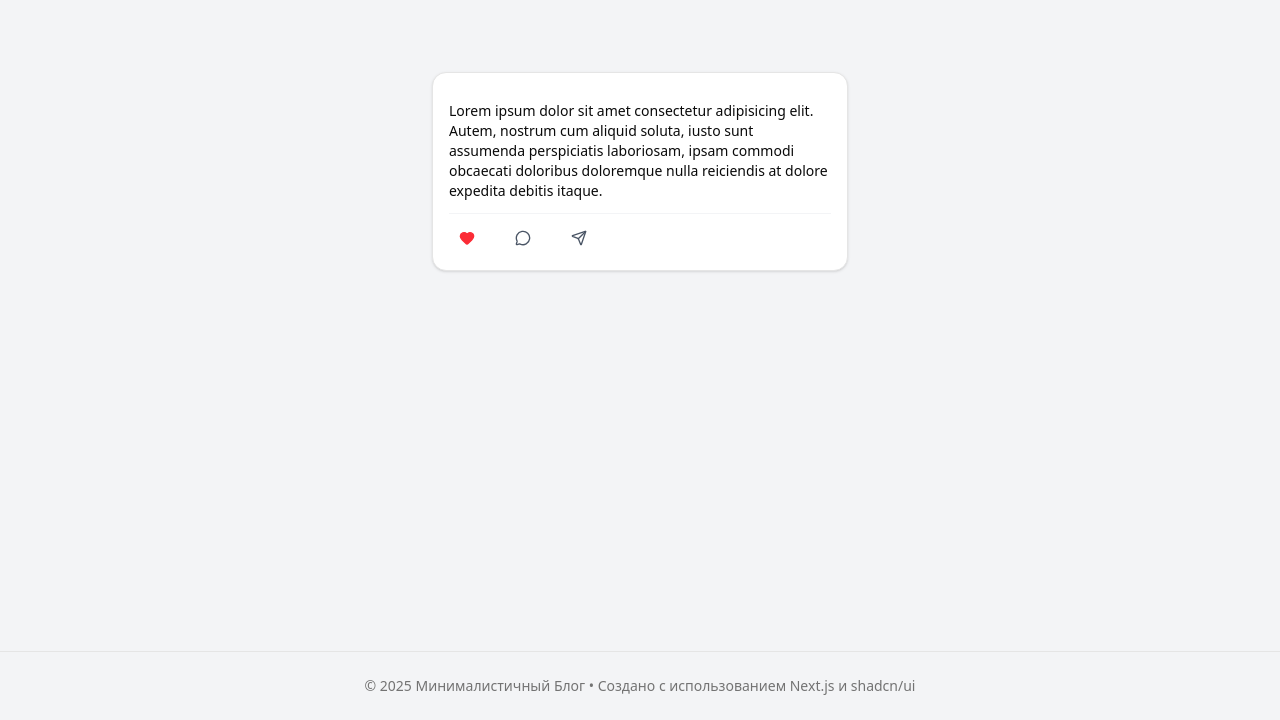
Repository: maxempolk/Telegram-channel
Page: /
The author's editor kept a copy of each file at every save. The page is drawn from the files as they stood at one save, then again after the next save.
The browser window is 1280 px wide. The pictures show the whole page.
The project was rebuilt for these pictures with package versions that can differ from the ones it lists, and the page was loaded fresh each time. The framework's server and built-in components were replaced by stand-ins that run in the browser. Also part of the build but not shown: next.config.ts.

Above is the page before, as saved 2025-03-09 01:34:35.

### src/app/layout.tsx
import type { Metadata } from 'next';
import { Geist, Geist_Mono } from 'next/font/google';
import '@/app/globals.css';
import Header from '@/components/header/Header';
import Footer from '@/components/footer/Footer';

const geistSans = Geist({
  variable: '--font-geist-sans',
  subsets: ['latin'],
});

const geistMono = Geist_Mono({
  variable: '--font-geist-mono',
  subsets: ['latin'],
});

export const metadata: Metadata = {
  title: 'Create Next App',
  description: 'Generated by create next app',
};

export default function RootLayout({
  children,
}: Readonly<{
  children: React.ReactNode;
}>) {
  return (
    <html lang="en">
      <body className={`${geistSans.variable} ${geistMono.variable} antialiased`}>
        <div className="flex flex-col w-full h-screen overflow-x-hidden">
          <Header />
          <main className="container mx-auto py-6 grow">{children}</main>
          <Footer />
        </div>
      </body>
    </html>
  );
}

### src/app/page.tsx
import Post from '@/components/post/Post';

export default function Home() {
  const fake_post = {
    id: 1,
    title: 'post1',
    content:
      'Lorem ipsum dolor sit amet consectetur adipisicing elit. Autem, nostrum cum aliquid soluta, iusto sunt assumenda perspiciatis laboriosam, ipsam commodi obcaecati doloribus doloremque nulla reiciendis at dolore expedita debitis itaque.',
    createdAt: new Date(),
    updatedAt: new Date(),
    imagesUrl: ['afsfasafs'],
    tags: [] as string[],
  };
  return (
    <>
      <Post post={fake_post} />
    </>
  );
}

### src/app/globals.css
@import 'tailwindcss';

@plugin "tailwindcss-animate";

@custom-variant dark (&:is(.dark *));

@theme inline {
  --color-background: var(--background);
  --color-foreground: var(--foreground);
  --font-sans: var(--font-geist-sans);
  --font-mono: var(--font-geist-mono);
  --color-sidebar-ring: var(--sidebar-ring);
  --color-sidebar-border: var(--sidebar-border);
  --color-sidebar-accent-foreground: var(--sidebar-accent-foreground);
  --color-sidebar-accent: var(--sidebar-accent);
  --color-sidebar-primary-foreground: var(--sidebar-primary-foreground);
  --color-sidebar-primary: var(--sidebar-primary);
  --color-sidebar-foreground: var(--sidebar-foreground);
  --color-sidebar: var(--sidebar);
  --color-chart-5: var(--chart-5);
  --color-chart-4: var(--chart-4);
  --color-chart-3: var(--chart-3);
  --color-chart-2: var(--chart-2);
  --color-chart-1: var(--chart-1);
  --color-ring: var(--ring);
  --color-input: var(--input);
  --color-border: var(--border);
  --color-destructive-foreground: var(--destructive-foreground);
  --color-destructive: var(--destructive);
  --color-accent-foreground: var(--accent-foreground);
  --color-accent: var(--accent);
  --color-muted-foreground: var(--muted-foreground);
  --color-muted: var(--muted);
  --color-secondary-foreground: var(--secondary-foreground);
  --color-secondary: var(--secondary);
  --color-primary-foreground: var(--primary-foreground);
  --color-primary: var(--primary);
  --color-popover-foreground: var(--popover-foreground);
  --color-popover: var(--popover);
  --color-card-foreground: var(--card-foreground);
  --color-card: var(--card);
  --radius-sm: calc(var(--radius) - 4px);
  --radius-md: calc(var(--radius) - 2px);
  --radius-lg: var(--radius);
  --radius-xl: calc(var(--radius) + 4px);
}

body {
  background-color: var(--background);
}

:root {
  --background: oklch(96.7% 0.0029 264.54);
  --foreground: oklch(0.145 0 0);
  --card: oklch(1 0 0);
  --card-foreground: oklch(0.145 0 0);
  --popover: oklch(1 0 0);
  --popover-foreground: oklch(0.145 0 0);
  --primary: oklch(0.205 0 0);
  --primary-foreground: oklch(0.985 0 0);
  --secondary: oklch(0.97 0 0);
  --secondary-foreground: oklch(0.205 0 0);
  --muted: oklch(0.97 0 0);
  --muted-foreground: oklch(0.556 0 0);
  --accent: oklch(0.97 0 0);
  --accent-foreground: oklch(0.205 0 0);
  --destructive: oklch(0.577 0.245 27.325);
  --destructive-foreground: oklch(0.577 0.245 27.325);
  --border: oklch(0.922 0 0);
  --input: oklch(0.922 0 0);
  --ring: oklch(0.708 0 0);
  --chart-1: oklch(0.646 0.222 41.116);
  --chart-2: oklch(0.6 0.118 184.704);
  --chart-3: oklch(0.398 0.07 227.392);
  --chart-4: oklch(0.828 0.189 84.429);
  --chart-5: oklch(0.769 0.188 70.08);
  --radius: 0.625rem;
  --sidebar: oklch(0.985 0 0);
  --sidebar-foreground: oklch(0.145 0 0);
  --sidebar-primary: oklch(0.205 0 0);
  --sidebar-primary-foreground: oklch(0.985 0 0);
  --sidebar-accent: oklch(0.97 0 0);
  --sidebar-accent-foreground: oklch(0.205 0 0);
  --sidebar-border: oklch(0.922 0 0);
  --sidebar-ring: oklch(0.708 0 0);
}

.dark {
  --background: oklch(0.145 0 0);
  --foreground: oklch(0.985 0 0);
  --card: oklch(0.145 0 0);
  --card-foreground: oklch(0.985 0 0);
  --popover: oklch(0.145 0 0);
  --popover-foreground: oklch(0.985 0 0);
  --primary: oklch(0.985 0 0);
  --primary-foreground: oklch(0.205 0 0);
  --secondary: oklch(0.269 0 0);
  --secondary-foreground: oklch(0.985 0 0);
  --muted: oklch(0.269 0 0);
  --muted-foreground: oklch(0.708 0 0);
  --accent: oklch(0.269 0 0);
  --accent-foreground: oklch(0.985 0 0);
  --destructive: oklch(0.396 0.141 25.723);
  --destructive-foreground: oklch(0.637 0.237 25.331);
  --border: oklch(0.269 0 0);
  --input: oklch(0.269 0 0);
  --ring: oklch(0.439 0 0);
  --chart-1: oklch(0.488 0.243 264.376);
  --chart-2: oklch(0.696 0.17 162.48);
  --chart-3: oklch(0.769 0.188 70.08);
  --chart-4: oklch(0.627 0.265 303.9);
  --chart-5: oklch(0.645 0.246 16.439);
  --sidebar: oklch(0.205 0 0);
  --sidebar-foreground: oklch(0.985 0 0);
  --sidebar-primary: oklch(0.488 0.243 264.376);
  --sidebar-primary-foreground: oklch(0.985 0 0);
  --sidebar-accent: oklch(0.269 0 0);
  --sidebar-accent-foreground: oklch(0.985 0 0);
  --sidebar-border: oklch(0.269 0 0);
  --sidebar-ring: oklch(0.439 0 0);
}

@layer base {
  * {
    @apply border-border outline-ring/50;
  }
  body {
    @apply bg-background text-foreground;
  }
}

### src/components/header/Header.tsx
const Header = () => {
  return (
    <header className="sticky container mx-auto py-4">
      {/* <h1 className="text-3xl font-bold tracking-tight mb-1">Teleblog</h1> */}
    </header>
  );
};

export default Header;

### src/components/footer/Footer.tsx
const Footer = () => {
  return (
    <footer className="border-t mt-12">
      <div className="container mx-auto py-6 text-center text-sm text-muted-foreground">
        © 2025 Минималистичный Блог • Создано с использованием Next.js и shadcn/ui
      </div>
    </footer>
  );
};

export default Footer;

### src/components/post/Post.tsx
import { Card, CardContent } from '@/components/ui/card';
import { Button } from '@/components/ui/button';
import { Heart, MessageCircle, Send, Bookmark, MoreHorizontal, User } from 'lucide-react';
import { FC } from 'react';
import { Post as PrismaPostType } from '@prisma/client';
import getTimeAgo from '@/utils/getTimeAgo';

interface PostProps {
  post: PrismaPostType;
}

const Post: FC<PostProps> = ({ post }) => {
  // const handleLike = (id: number) => {
  //   setPosts(
  //     posts.map(post => {
  //       if (post.id === id) {
  //         return {
  //           ...post,
  //           liked: !post.liked,
  //           likes: post.liked ? post.likes - 1 : post.likes + 1,
  //         };
  //       }
  //       return post;
  //     })
  //   );
  // };

  // const handleSave = (id: number) => {
  //   setPosts(
  //     posts.map(post => {
  //       if (post.id === id) {
  //         return { ...post, saved: !post.saved };
  //       }
  //       return post;
  //     })
  //   );
  // };

  return (
    <div className="flex flex-col gap-4 w-full max-w-md mx-auto p-4">
      <Card key={post.id}>
        <CardContent className="p-4">
          <div className="flex justify-between items-start mb-3">
            {/* <div className="flex items-center gap-2">
              <div className="size-8 flex justify-center items-end rounded-full bg-black/20">
                <User className="text-muted-foreground size-6" />
              </div>
            </div> */}
          </div>

          <div className="text-sm mb-3">{post.content}</div>

          <div className="flex justify-between items-center pt-2 border-t border-gray-100">
            <div className="flex gap-4">
              <Button
                variant="ghost"
                size="sm"
                className="px-0 h-8 text-gray-600"
                // onClick={() => handleLike(post.id)}
              >
                {/* TODO: добавить проверку лайкнут ли пост */}
                <Heart className={`h-4 w-4 mr-1 ${true ? 'fill-red-500 text-red-500' : ''}`} />
                {/* <span className="text-xs">{post.likes}</span> */}
              </Button>
              <Button variant="ghost" size="sm" className="px-0 h-8 text-gray-600">
                <MessageCircle className="h-4 w-4 mr-1" />
                {/* <span className="text-xs">{post.comments}</span> */}
              </Button>
              <Button variant="ghost" size="sm" className="px-0 h-8 text-gray-600">
                <Send className="h-4 w-4" />
              </Button>
            </div>
            <Button
              variant="ghost"
              size="sm"
              className="px-0 h-8"
              // onClick={() => handleSave(post.id)}
            >
              {/* <Bookmark
                className={`h-4 w-4 ${post.saved ? 'fill-blue-500 text-blue-500' : 'text-gray-600'}`}
              /> */}
            </Button>
          </div>
        </CardContent>
      </Card>
    </div>
  );
};

export default Post;

### src/components/ui/card.tsx
import * as React from 'react';

import { cn } from '@/lib/utils';

function Card({ className, ...props }: React.ComponentProps<'div'>) {
  return (
    <div
      data-slot="card"
      className={cn(
        'bg-card text-card-foreground flex flex-col gap-6 rounded-xl border shadow-sm',
        className
      )}
      {...props}
    />
  );
}

function CardHeader({ className, ...props }: React.ComponentProps<'div'>) {
  return (
    <div
      data-slot="card-header"
      className={cn('flex flex-col gap-1.5 px-6', className)}
      {...props}
    />
  );
}

function CardTitle({ className, ...props }: React.ComponentProps<'div'>) {
  return (
    <div
      data-slot="card-title"
      className={cn('leading-none font-semibold', className)}
      {...props}
    />
  );
}

function CardDescription({ className, ...props }: React.ComponentProps<'div'>) {
  return (
    <div
      data-slot="card-description"
      className={cn('text-muted-foreground text-sm', className)}
      {...props}
    />
  );
}

function CardContent({ className, ...props }: React.ComponentProps<'div'>) {
  return <div data-slot="card-content" className={cn('px-6', className)} {...props} />;
}

function CardFooter({ className, ...props }: React.ComponentProps<'div'>) {
  return (
    <div data-slot="card-footer" className={cn('flex items-center px-6', className)} {...props} />
  );
}

export { Card, CardHeader, CardFooter, CardTitle, CardDescription, CardContent };

### src/components/ui/button.tsx
import * as React from 'react';
import { Slot } from '@radix-ui/react-slot';
import { cva, type VariantProps } from 'class-variance-authority';

import { cn } from '@/lib/utils';

const buttonVariants = cva(
  "inline-flex items-center justify-center gap-2 whitespace-nowrap rounded-md text-sm font-medium transition-[color,box-shadow] disabled:pointer-events-none disabled:opacity-50 [&_svg]:pointer-events-none [&_svg:not([class*='size-'])]:size-4 shrink-0 [&_svg]:shrink-0 outline-none focus-visible:border-ring focus-visible:ring-ring/50 focus-visible:ring-[3px] aria-invalid:ring-destructive/20 dark:aria-invalid:ring-destructive/40 aria-invalid:border-destructive",
  {
    variants: {
      variant: {
        default: 'bg-primary text-primary-foreground shadow-xs hover:bg-primary/90',
        destructive:
          'bg-destructive text-white shadow-xs hover:bg-destructive/90 focus-visible:ring-destructive/20 dark:focus-visible:ring-destructive/40',
        outline:
          'border border-input bg-background shadow-xs hover:bg-accent hover:text-accent-foreground',
        secondary: 'bg-secondary text-secondary-foreground shadow-xs hover:bg-secondary/80',
        ghost: 'hover:bg-accent hover:text-accent-foreground',
        link: 'text-primary underline-offset-4 hover:underline',
      },
      size: {
        default: 'h-9 px-4 py-2 has-[>svg]:px-3',
        sm: 'h-8 rounded-md gap-1.5 px-3 has-[>svg]:px-2.5',
        lg: 'h-10 rounded-md px-6 has-[>svg]:px-4',
        icon: 'size-9',
      },
    },
    defaultVariants: {
      variant: 'default',
      size: 'default',
    },
  }
);

function Button({
  className,
  variant,
  size,
  asChild = false,
  ...props
}: React.ComponentProps<'button'> &
  VariantProps<typeof buttonVariants> & {
    asChild?: boolean;
  }) {
  const Comp = asChild ? Slot : 'button';

  return (
    <Comp
      data-slot="button"
      className={cn(buttonVariants({ variant, size, className }))}
      {...props}
    />
  );
}

export { Button, buttonVariants };

Loaded but not shown: src/lib/utils.ts (common file)

After the next save:
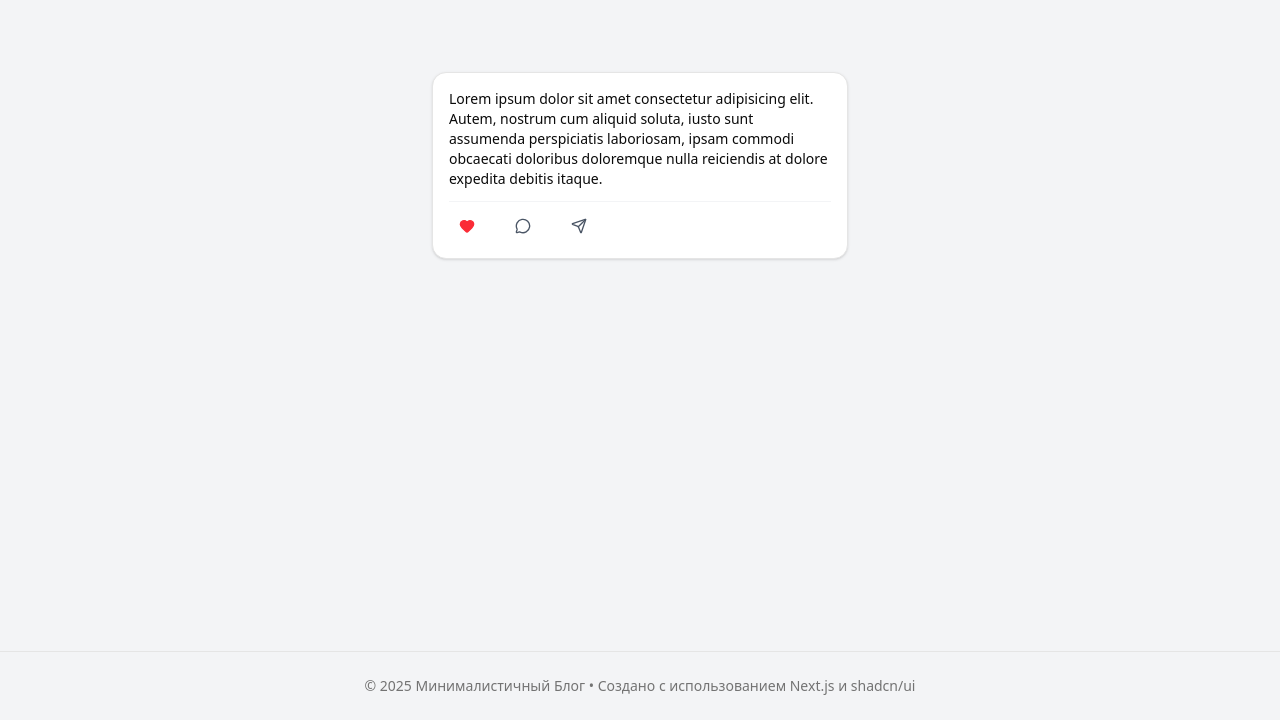
Saved 6 s later.
--- a/src/components/post/Post.tsx
+++ b/src/components/post/Post.tsx
@@ -40,13 +40,13 @@ const Post: FC<PostProps> = ({ post }) => {
     <div className="flex flex-col gap-4 w-full max-w-md mx-auto p-4">
       <Card key={post.id}>
         <CardContent className="p-4">
-          <div className="flex justify-between items-start mb-3">
-            {/* <div className="flex items-center gap-2">
+          {/*<div className="flex justify-between items-start mb-3">
+             <div className="flex items-center gap-2">
               <div className="size-8 flex justify-center items-end rounded-full bg-black/20">
                 <User className="text-muted-foreground size-6" />
               </div>
-            </div> */}
-          </div>
+            </div>
+          </div>*/}
 
           <div className="text-sm mb-3">{post.content}</div>
 
